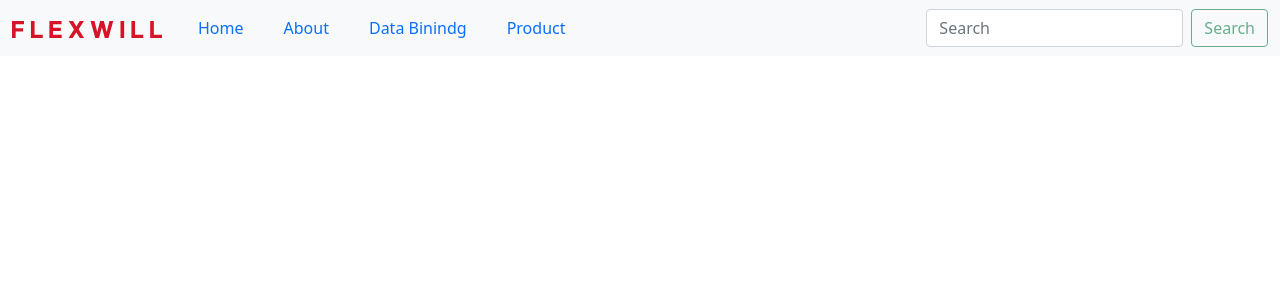
Repository: jang0ha/vue
Page: /product
The author's editor kept a copy of each file at every save. The page is drawn from the files as they stood at one save, then again after the next save.
The browser window is 1280 px wide. The pictures show the whole page.
The project was rebuilt for these pictures with package versions that can differ from the ones it lists, and the page was loaded fresh each time. Also part of the build but not shown: vue.config.js, src/components/HelloWorld.vue, src/views/HomeView.vue, src/views/AboutView.vue.

Above is the page before, as saved 2022-04-19 10:13:48.

After the next save:
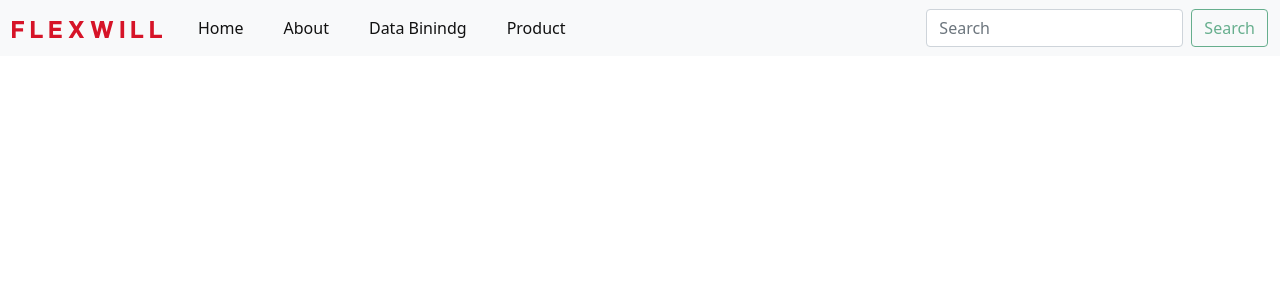
Saved 5 s later.
--- a/src/components/layout/Header.vue
+++ b/src/components/layout/Header.vue
@@ -47,7 +47,7 @@
 </template>
 
 <style>
-.nav-item a{padding: 0 20px; text-decoration: none;}
+.nav-item a{padding: 0 20px; text-decoration: none; color:#111;}
 .nav-item.active a{}
 .navbar-brand{
     width:150px;
